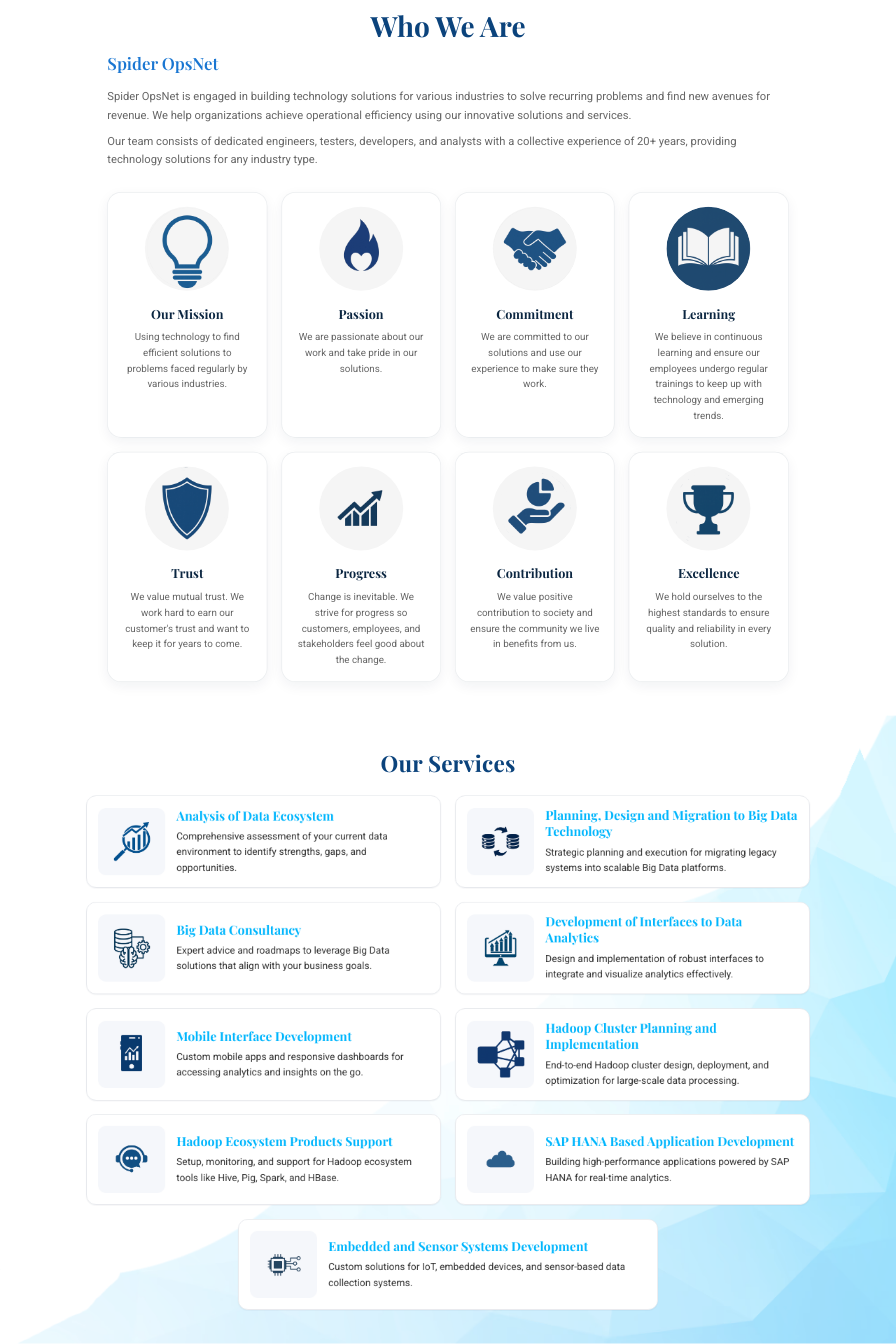
Repository: Yeshwanth-189/spiderOpsNet
Page: / (app in spideropsnet-frontend/)
These files come from the project's save history. The page is drawn as it stood at one moment and after the next save; the edit follows.
The browser window is 1280 px wide. The pictures show the part of the page from y = 805 to 2725 px (the page is 2725 px tall), at 70% of full size.
The project was rebuilt for these pictures with package versions that can differ from the ones it lists, and the page was loaded fresh each time. Also part of the build but not shown: spideropsnet-frontend/vite.config.js.

Above is the page before, as saved 2025-09-05 14:24:18.

After the next save:
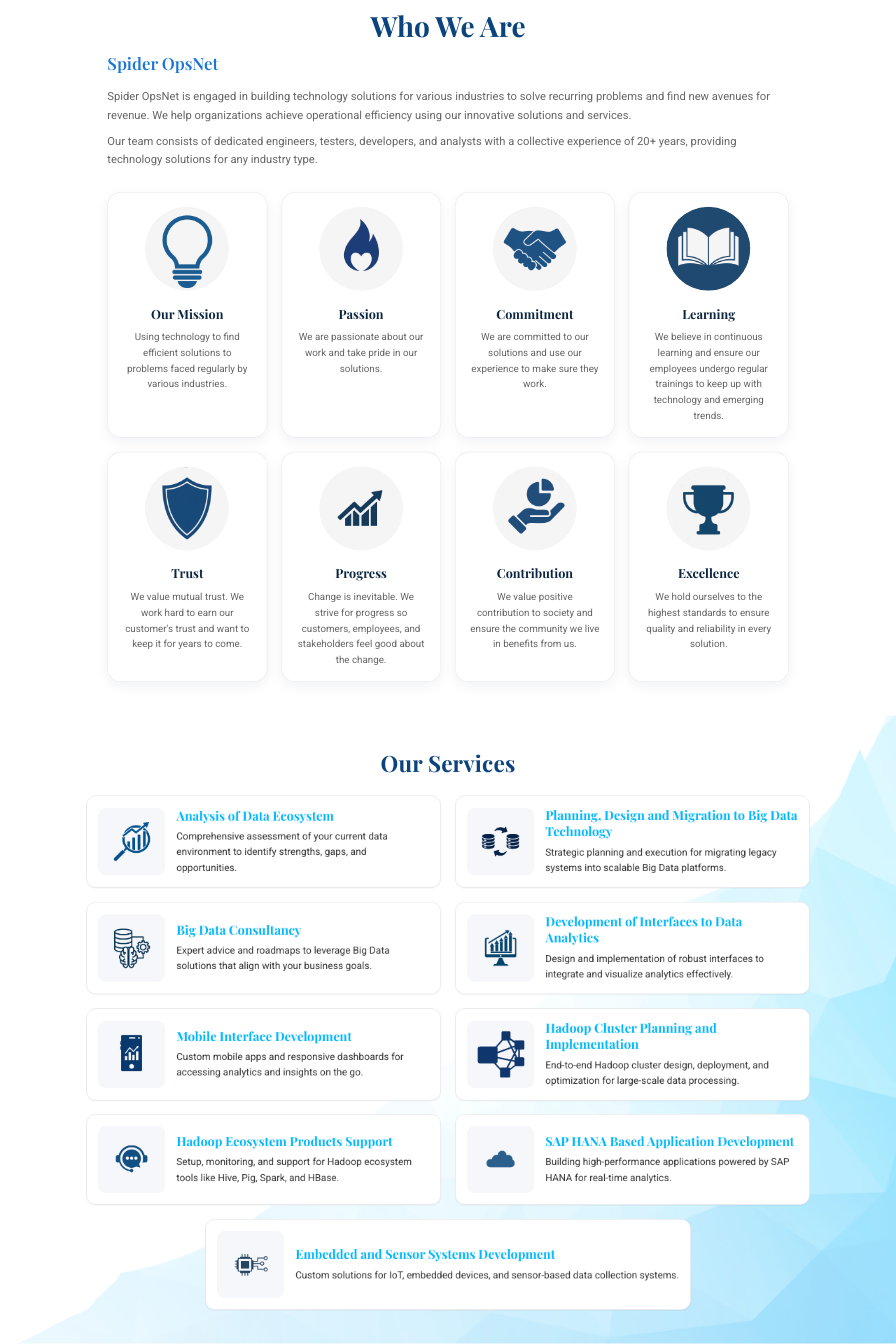
Saved 27 s later.
--- a/spideropsnet-frontend/src/styles/Services.css
+++ b/spideropsnet-frontend/src/styles/Services.css
@@ -51,7 +51,7 @@
 .services-grid > .service-card:nth-child(9) {
   grid-column: 1 / -1; /* span across both columns */
   justify-self: center; /* center the card horizontally */
-  max-width: 600px; /* optional: limit width so it doesn’t stretch full row */
+  max-width: 800px; /* optional: limit width so it doesn’t stretch full row */
 }
 
 /* Card layout: image left, text right */
